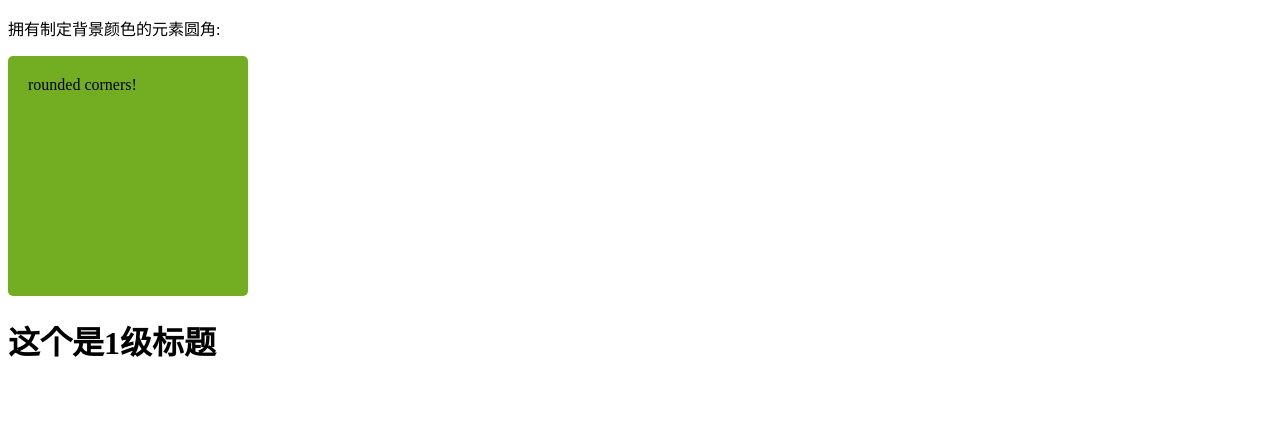
Repository: F000top/ele
Page: MyNote/border-radius 属性.html
These files come from the project's save history. The page is drawn as it stood at one moment and after a run of saves; the edit follows.
The browser window is 1280 px wide. The pictures show the whole page.

Above is the page before, as saved 2022-06-08 00:00:05.

After the next 3 saves:
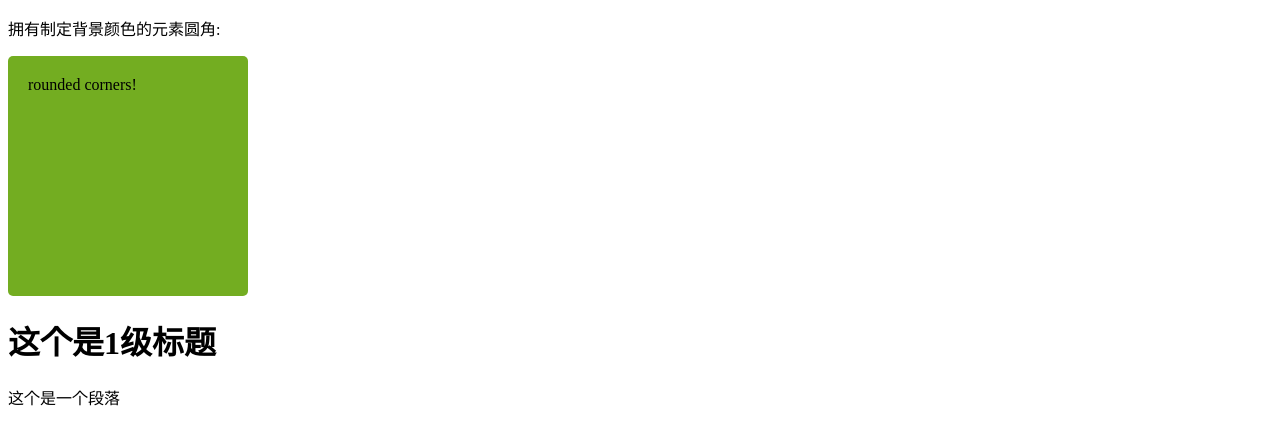
The 3 saves are shown as one change because they came seconds apart.
The last was saved 15 s later.
--- a/MyNote/border-radius 属性.html
+++ b/MyNote/border-radius 属性.html
@@ -24,6 +24,9 @@
 
 <h1>这个是1级标题</h1>
 
+<!-- 段落 -->
+
+<p>这个是一个段落</p>
 
 </body>
 </html>
